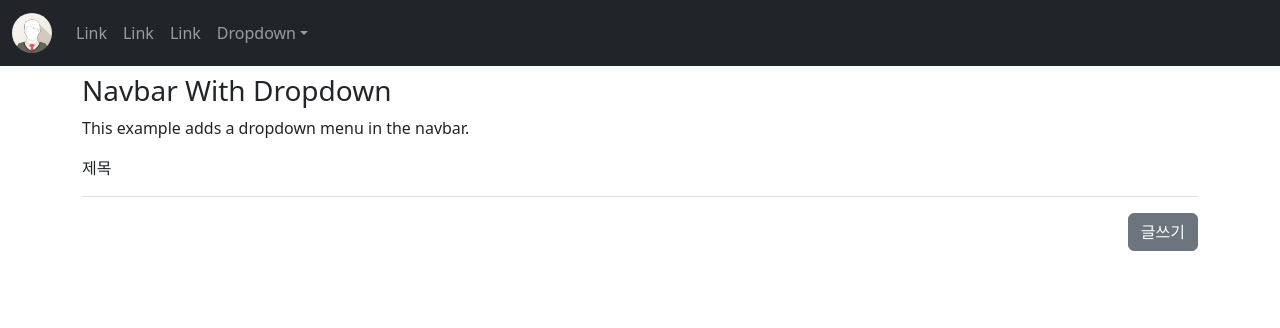
Repository: seoyeon0619/WebProgramming
Page: workspace1/myhome2/src/main/webapp/디자인/board_write.html
The author's editor kept a copy of each file at every save. The page is drawn from the files as they stood at one save, then again after the next save.
The browser window is 1280 px wide. The pictures show the whole page.

Above is the page before, as saved 2022-12-30 01:46:46.

After the next save:
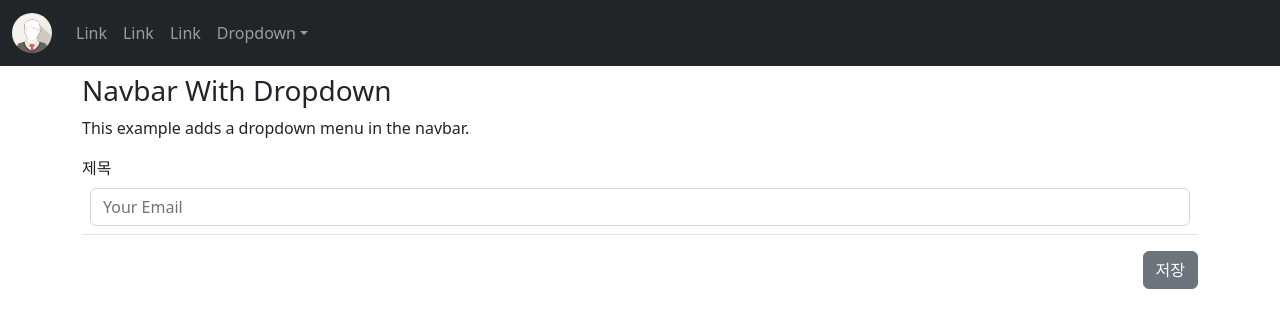
Saved 2 min 34 s later.
--- a/workspace1/myhome2/src/main/webapp/디자인/board_write.html
+++ b/workspace1/myhome2/src/main/webapp/디자인/board_write.html
@@ -57,7 +57,9 @@
     <tbody>
       <tr>제목</td>
       <td>
-
+      	<div class="input-group">
+    		<input type="text" class="form-control" placeholder="Your Email">
+  		</div>
       </td>
       </tr>
     </tbody>
@@ -66,7 +68,7 @@
 
 
 <div class="container" style="text-align:right">
-	<button type="button" class="btn btn-secondary">글쓰기</button>
+	<button type="button" class="btn btn-secondary">저장</button>
 </div>
 </body>
 </html>
